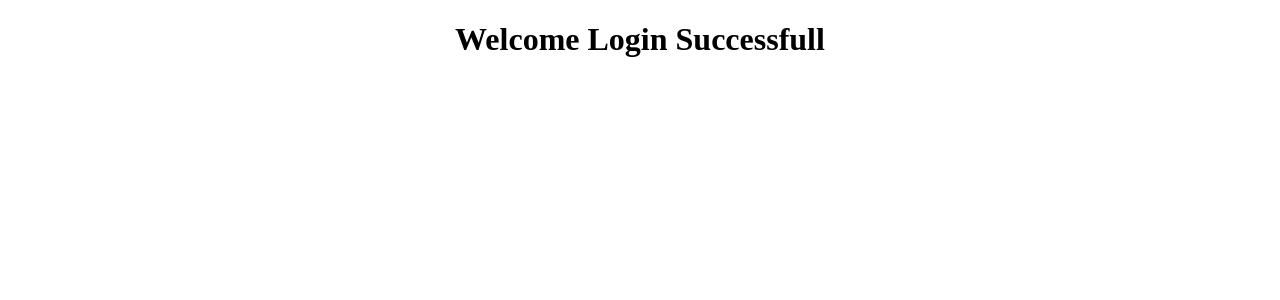
Repository: Kaushikreddy91/ISS_Assignment
Page: http://localhost/Reg_Loginapp/LoginSuccess.jsp
An editor plug-in stored every save of this project. The page is shown before and after the next save, followed by the edit.
The browser window is 1280 px wide. The pictures show the whole page.
The page is served by Tomcat 10. Other server files are loaded and not shown.

Above is the page before, as saved 2023-01-04 11:08:56.

### Reg_Loginapp/src/main/webapp/LoginSuccess.jsp
<%@ page language="java" contentType="text/html; charset=UTF-8"
    pageEncoding="UTF-8"%>
<!DOCTYPE html>
<html>
<head>
<meta charset="UTF-8">
<title>Insert title here</title>
</head>
<body>
<div align="center">
<h1>Welcome Login Successfull</h1>
</div>
</body>
</html>

After the next save:
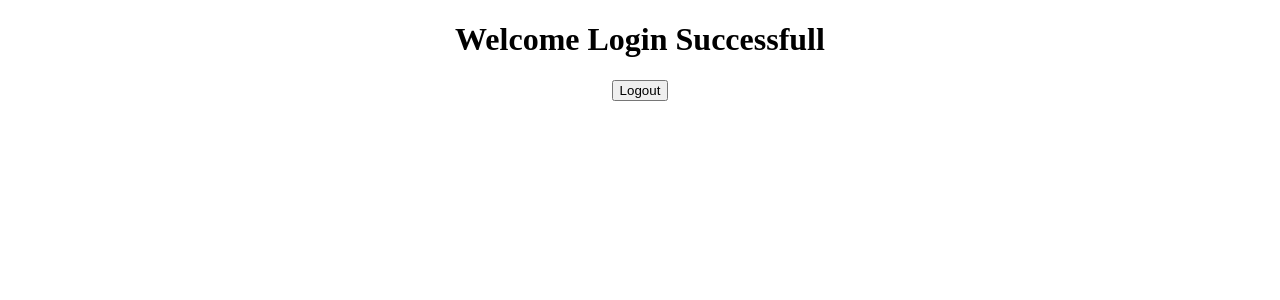
Saved 39 s later.
--- a/Reg_Loginapp/src/main/webapp/LoginSuccess.jsp
+++ b/Reg_Loginapp/src/main/webapp/LoginSuccess.jsp
@@ -9,6 +9,13 @@
 <body>
 <div align="center">
 <h1>Welcome Login Successfull</h1>
+<p></p>
+<p></p>
+<p></p>
+<p></p>
+<form action="logout" method="post">
+<input type="submit" value="Logout">
+</form>
 </div>
 </body>
 </html>
